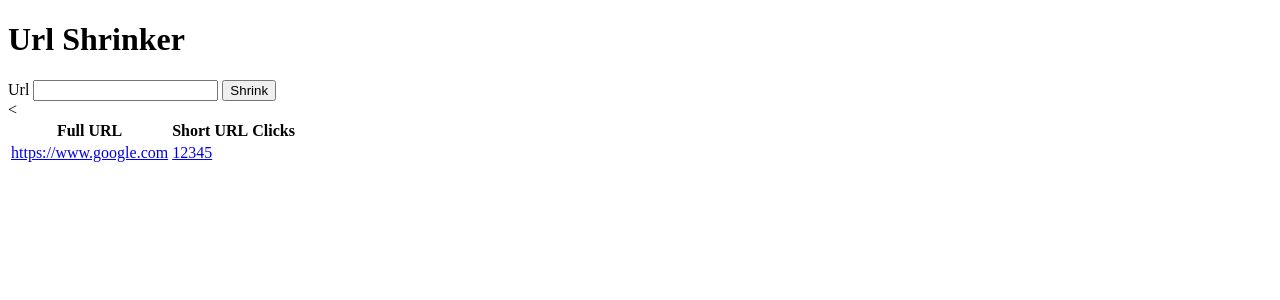
Repository: mohamediyas/urlShorter
Page: http://localhost/
The author's editor kept a copy of each file at every save. The page is drawn from the files as they stood at one save, then again after the next save.
The browser window is 1280 px wide. The pictures show the whole page.
The page is served by the project's Node server (index.js).

Above is the page before, as saved 2022-10-22 13:25:26.

### views/index.ejs
<!DOCTYPE html>
<html lang="en">
  <head>
    <meta charset="UTF-8" />
    <meta http-equiv="X-UA-Compatible" content="IE=edge" />
    <meta name="viewport" content="width=device-width, initial-scale=1.0" />
    <title>Document</title>
  </head>

  <body>
    <h1>Url Shrinker</h1>

    <form action="" method="post">
      <label for="fullUrl">Url</label>
      <input type="url" name="fullUrl" id="fullUrl" />
      <button type="submit">Shrink</button>
    </form>

    <table>
      <thead>
        <tr>
          <th>Full URL</th>
          <th>Short URL</th>
          <th>Clicks</th>
        </tr>
      </thead>

      <tbody>
        <tr>
          <td>
            <a href="https://www.google.com">https://www.google.com</a>
          </td>
          <td>
            <a href="/12345">12345</a>
          </td>
          <
        </tr>
      </tbody>
    </table>
  </body>
</html>

### index.js
const express = require("express");
const path = require("path");

const app = express();

app.set("view engine", "ejs");
// app.set("views", path.join(__dirname, "views"));

app.get("/", (req, res) => {
  res.render("index");
});

app.listen(process.env.PORT || 5000);

After the next save:
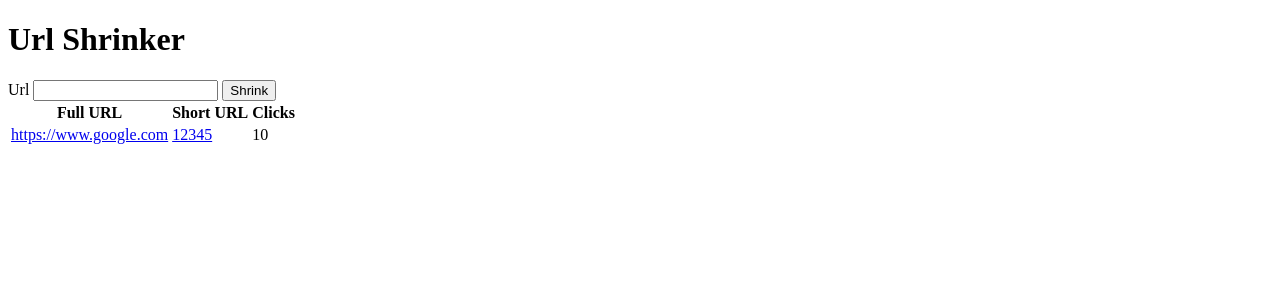
Saved 11 s later.
--- a/views/index.ejs
+++ b/views/index.ejs
@@ -33,7 +33,7 @@
           <td>
             <a href="/12345">12345</a>
           </td>
-          <
+          <td>10</td>
         </tr>
       </tbody>
     </table>
